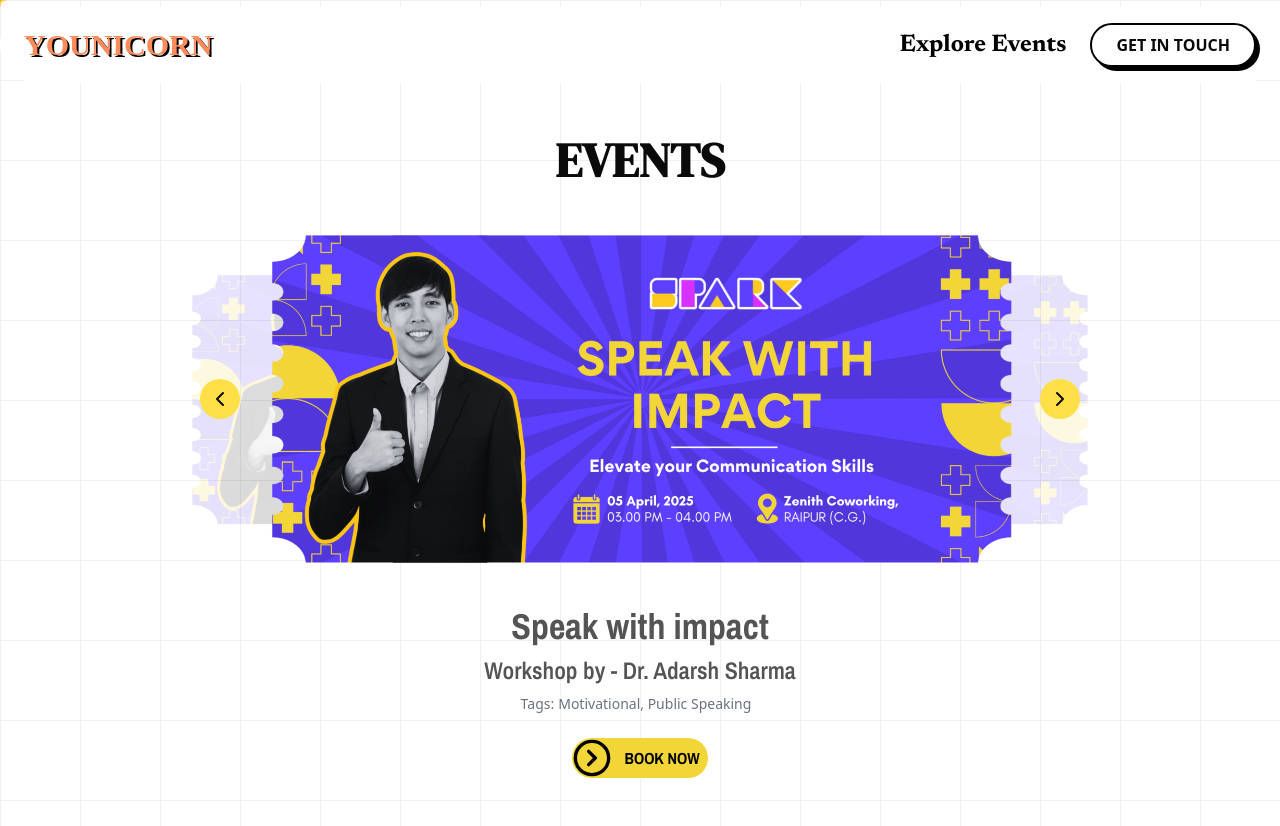
Repository: as-avni/dreamersite
Page: /events
An editor plug-in stored every save of this project. The page is shown before and after the next save, followed by the edit.
The browser window is 1280 px wide. The pictures show the whole page.
Some web fonts or font styles are not loaded; a fallback is used. The project was rebuilt for these pictures with package versions that can differ from the ones it lists, and the page was loaded fresh each time. The framework's server and built-in components were replaced by stand-ins that run in the browser. Also part of the build but not shown: next.config.ts.

Above is the page before, as saved 2025-03-27 17:57:55.

After the next save:
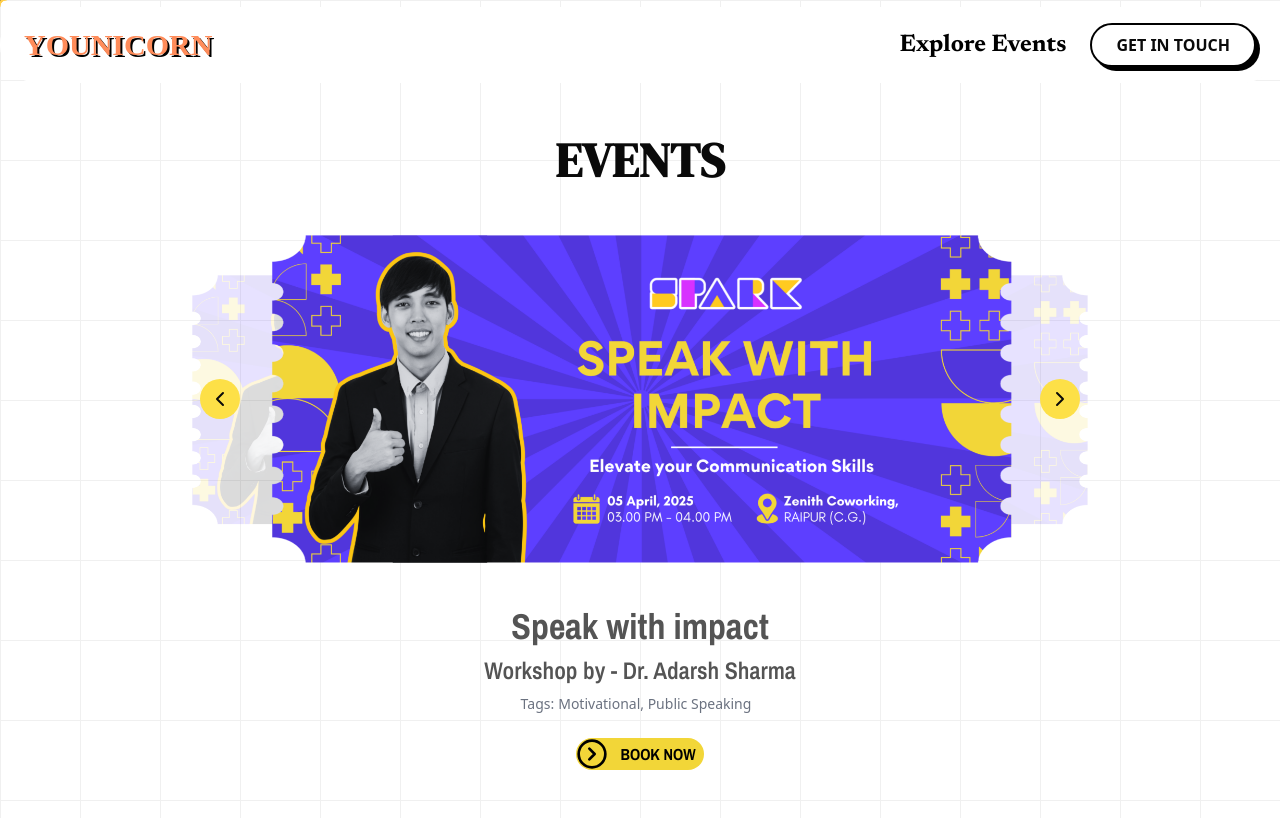
Saved 6 s later.
--- a/src/app/events/events-page.tsx
+++ b/src/app/events/events-page.tsx
@@ -100,7 +100,7 @@ return (
 
         <button className="bg-[#f2d638] text-black rounded-full font-bold flex items-center mx-auto hover:bg-yellow-500 transition-colors">
         <div className=" mr-1 rounded-full">
-            <ChevronRightCircle className="h-10 w-10" />
+            <ChevronRightCircle className="h-8 w-8" />
         </div>
         <span className="px-2 font-archivenarrow">BOOK NOW</span>
         </button>
